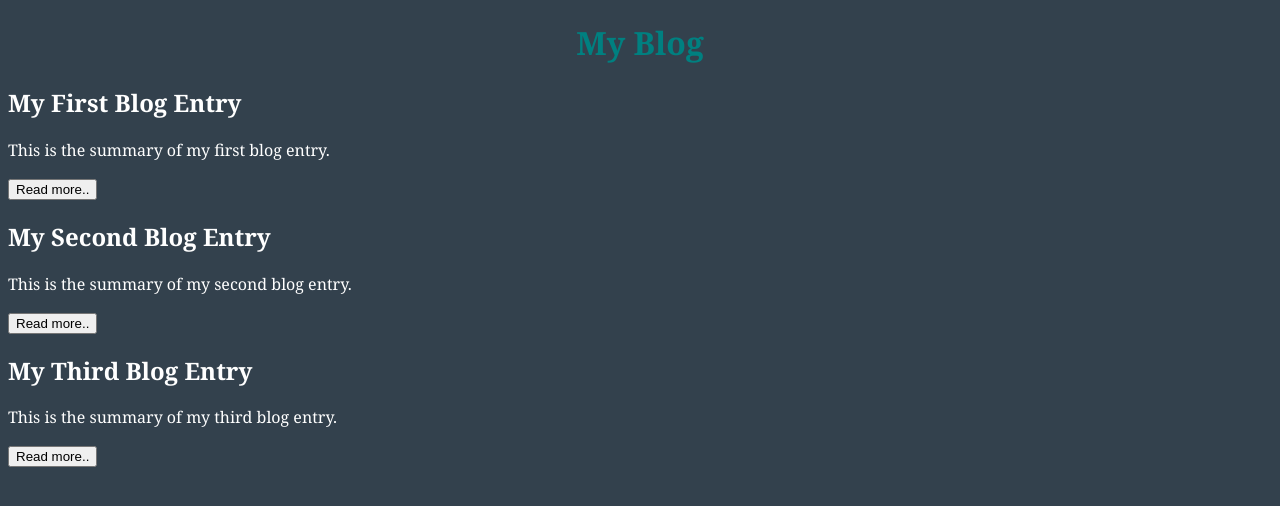
Repository: deniseada/class1
Page: /
The author's editor kept a copy of each file at every save. The page is drawn from the files as they stood at one save, then again after a run of saves.
The browser window is 1280 px wide. The pictures show the whole page.
The project was rebuilt for these pictures with package versions that can differ from the ones it lists, and the page was loaded fresh each time. Also part of the build but not shown: vite.config.js.

Above is the page before, as saved 2025-09-10 13:59:41.

### index.html
<!DOCTYPE html>
<html lang="en">
  <head>
    <meta charset="UTF-8" />
    <!-- <link rel="icon" type="image/svg+xml" href="/vite.svg" />
-->
    <link rel="icon" type="image/png" href="/favicon.ico" />
    <meta name="viewport" content="width=device-width, initial-scale=1.0" />
    <title>class1-React</title>
  </head>
  <body>
    <div id="root"></div>
    <script type="module" src="/src/main.jsx"></script>
  </body>
</html>

### src/index.css
html {
  font-family: Georgia, "Times New Roman", Times, serif;
  background-color: #33414d;
  color: white;
}
h1 {
  color: teal;
  text-align: center;
}

### src/App.jsx
import BlogEntry from "./BlogEntry";

function App() {
  return (
    <div>
      <h1>My Blog</h1>
      <BlogEntry
        title="My First Blog Entry"
        summary="This is the summary of my first blog entry."
      />
      <BlogEntry
        title="My Second Blog Entry"
        summary="This is the summary of my second blog entry."
      />
      <BlogEntry
        title="My Third Blog Entry"
        summary="This is the summary of my third blog entry."
      />
    </div>
  );
}

export default App;

### src/BlogEntry.jsx
function BlogEntry(props) {
  const buttonLabel = "Read more..";
  return (
    <div>
      <h2>{props.title}</h2>
      <p>{props.summary}</p>
      <button>{buttonLabel}</button>
    </div>
  );
}

export default BlogEntry;

Loaded but not shown: src/main.jsx (common file)

After the next 3 saves:
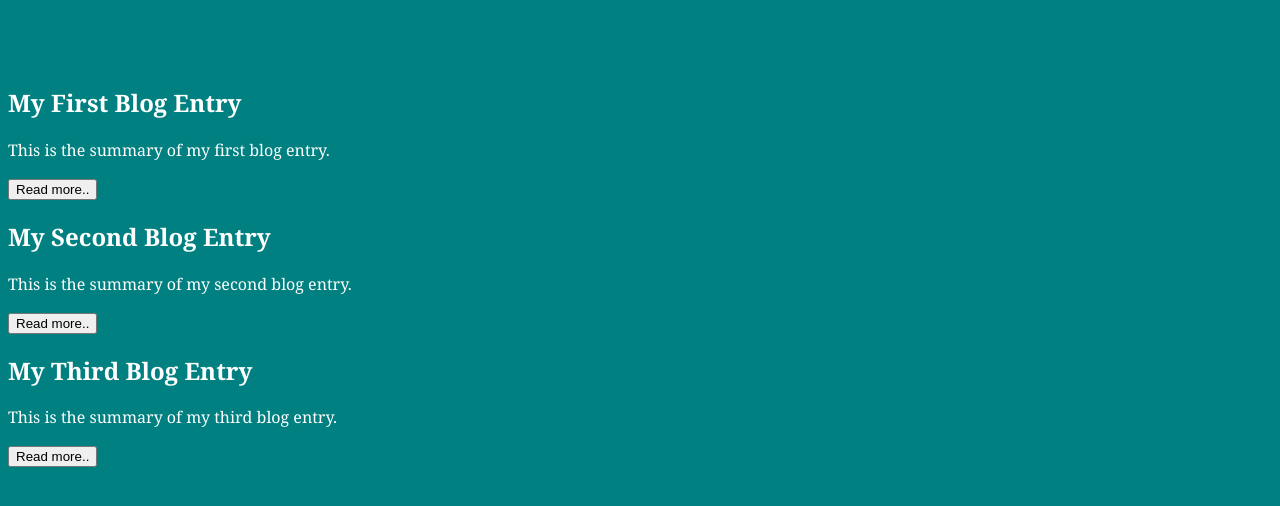
The 3 saves are shown as one change because they came seconds apart.
The last was saved 14 s later.
--- a/src/index.css
+++ b/src/index.css
@@ -1,6 +1,6 @@
 html {
   font-family: Georgia, "Times New Roman", Times, serif;
-  background-color: #33414d;
+  background-color: teal;
   color: white;
 }
 h1 {
